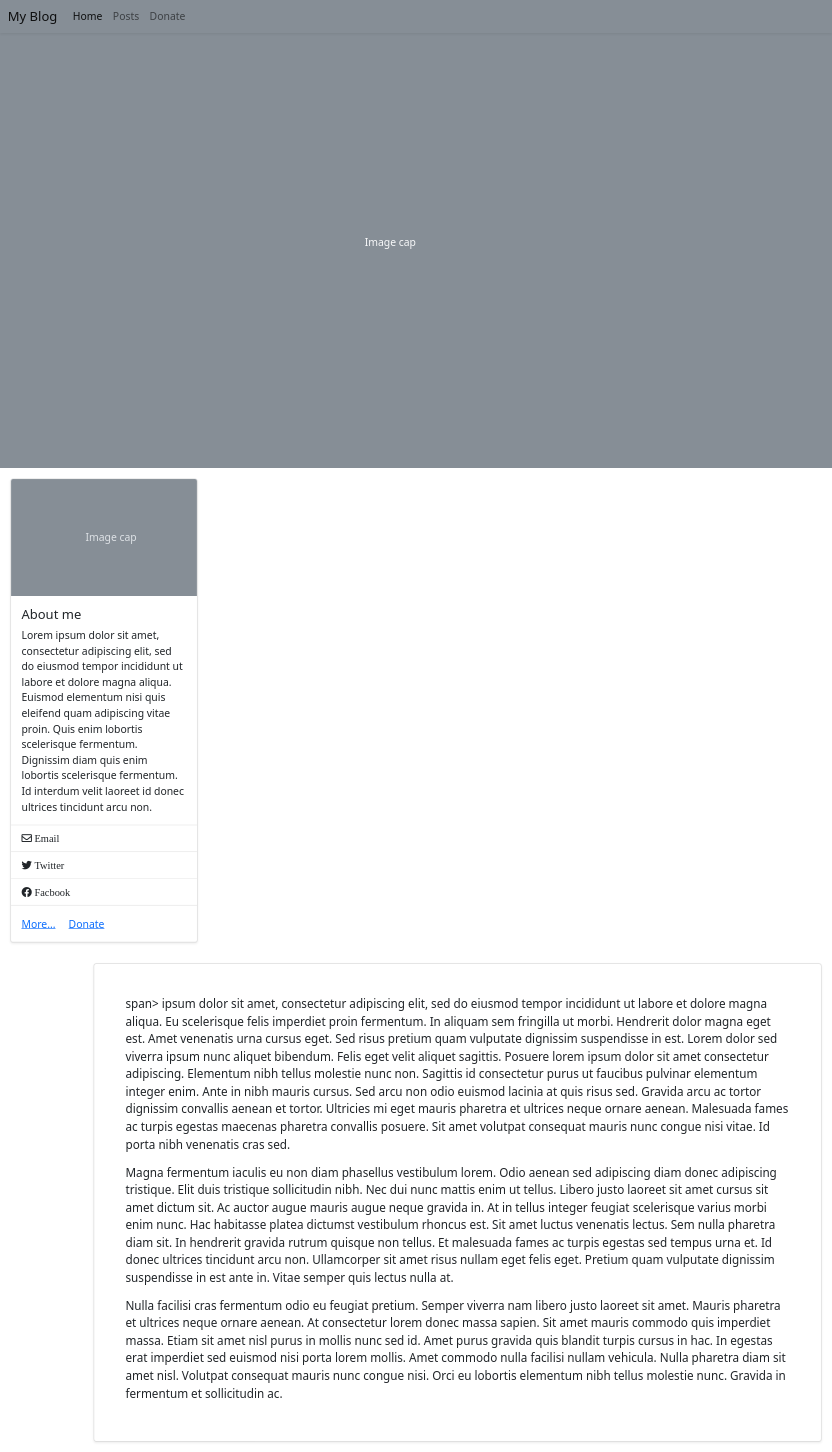
Repository: LublubXT/Azi-Tec-Team
Page: views/templates/blogs/personalblog/home.html
An editor plug-in stored every save of this project. The page is shown before and after a run of saves, followed by the edit.
The browser window is 1280 px wide. The pictures show the whole page, at 65% of full size.

Above is the page before, as saved 2021-03-11 09:21:47.

### views/templates/blogs/personalblog/home.html
<!DOCTYPE html>
<html lang="en">

    <head>
        <meta charset="UTF-8">
        <meta http-equiv="X-UA-Compatible" content="IE=edge">
        <meta name="viewport" content="width=device-width, initial-scale=1.0">

        <!-- import style sheet file -->
        <link rel="stylesheet" href="css/style.css">
        <link rel="stylesheet" href="css/bootstrap.min.css">
        <link rel="stylesheet" href="fontawesome/css/all.css">


        <title>My Blog</title>
    </head>

    <body>
        <div class="header imgDiv">
            <nav class="navbar navbar-expand-lg navbar-light fixed-top shadow-sm"
                style="background-color: transparent;">
                <div class="container-fluid">
                    <a class="navbar-brand" href="#">My Blog</a>
                    <button class="navbar-toggler" type="button" data-bs-toggle="collapse"
                        data-bs-target="#navbarNavAltMarkup" aria-controls="navbarNavAltMarkup" aria-expanded="false"
                        aria-label="Toggle navigation">
                        <span class="navbar-toggler-icon"></span>
                    </button>
                    <div class="collapse navbar-collapse float-end" id="navbarNavAltMarkup">
                        <div class="navbar-nav float-end">
                            <a class="nav-link active" aria-current="page" href="#">Home</a>
                            <a class="nav-link" href="#">Posts</a>
                            <a class="nav-link" href="#">Donate</a>
                        </div>
                    </div>
                </div>
            </nav>
            <p class="card-text position-absolute top-50 end-50 text-light">Image
                cap</p>
        </div>

        <div style="width: 100%;">

            <div class="card mx-3 my-3 shadow-sm" style="width: 18rem;">
                <svg class="bd-placeholder-img card-img-top" width="100%" height="180"
                    xmlns="http://www.w3.org/2000/svg" role="img" aria-label="Placeholder: Image cap"
                    preserveAspectRatio="xMidYMid slice" focusable="true">
                    <title>Placeholder</title>
                    <rect width="100%" height="100%" fill="#868e96"></rect><text x="40%" y="50%" fill="#dee2e6"
                        dy=".3em">Image
                        cap</text>
                </svg>
                <div class="card-body">
                    <h5 class="card-title">About me</h5>
                    <p class="card-text">Lorem ipsum dolor sit amet, consectetur adipiscing elit, sed do eiusmod tempor
                        incididunt ut labore et dolore magna
                        aliqua. Euismod elementum nisi quis eleifend quam adipiscing vitae proin. Quis enim lobortis
                        scelerisque fermentum.
                        Dignissim diam quis enim lobortis scelerisque fermentum. Id interdum velit laoreet id donec
                        ultrices tincidunt arcu non.</p>
                </div>
                <ul class="list-group list-group-flush">
                    <li class="list-group-item"><i class="far fa-envelope"> Email</i></li>
                    <li class="list-group-item"><i class="fab fa-twitter"> Twitter</i></li>
                    <li class="list-group-item"><i class="fab fa-facebook"> Facbook</i></li>
                </ul>
                <div class="card-body">
                    <a href="#" class="card-link">More...</a>
                    <a href="#" class="card-link">Donate</a>
                </div>
            </div>
            <div class="card mx-3 my-3 float-end shadow-sm p-5" style="width: 70rem; height: 46rem;">
                <p class="text-dark main_p"><span></span>span> ipsum dolor sit amet, consectetur adipiscing elit, sed do eiusmod
                    tempor
                    incididunt ut labore et dolore magna
                    aliqua. Eu scelerisque felis imperdiet proin fermentum. In aliquam sem fringilla ut morbi. Hendrerit
                    dolor magna eget
                    est. Amet venenatis urna cursus eget. Sed risus pretium quam vulputate dignissim suspendisse in est.
                    Lorem dolor sed
                    viverra ipsum nunc aliquet bibendum. Felis eget velit aliquet sagittis. Posuere lorem ipsum dolor
                    sit amet consectetur
                    adipiscing. Elementum nibh tellus molestie nunc non. Sagittis id consectetur purus ut faucibus
                    pulvinar elementum
                    integer enim. Ante in nibh mauris cursus. Sed arcu non odio euismod lacinia at quis risus sed.
                    Gravida arcu ac tortor
                    dignissim convallis aenean et tortor. Ultricies mi eget mauris pharetra et ultrices neque ornare
                    aenean. Malesuada fames
                    ac turpis egestas maecenas pharetra convallis posuere. Sit amet volutpat consequat mauris nunc
                    congue nisi vitae. Id
                    porta nibh venenatis cras sed.
                </p>
                <p class="text-dark main_p">
                    Magna fermentum iaculis eu non diam phasellus vestibulum lorem. Odio aenean sed adipiscing diam
                    donec adipiscing
                    tristique. Elit duis tristique sollicitudin nibh. Nec dui nunc mattis enim ut tellus. Libero justo
                    laoreet sit amet
                    cursus sit amet dictum sit. Ac auctor augue mauris augue neque gravida in. At in tellus integer
                    feugiat scelerisque
                    varius morbi enim nunc. Hac habitasse platea dictumst vestibulum rhoncus est. Sit amet luctus
                    venenatis lectus. Sem
                    nulla pharetra diam sit. In hendrerit gravida rutrum quisque non tellus. Et malesuada fames ac
                    turpis egestas sed tempus
                    urna et. Id donec ultrices tincidunt arcu non. Ullamcorper sit amet risus nullam eget felis eget.
                    Pretium quam vulputate
                    dignissim suspendisse in est ante in. Vitae semper quis lectus nulla at.
                </p>
                <p class="text-dark main_p">
                    Nulla facilisi cras fermentum odio eu feugiat pretium. Semper viverra nam libero justo laoreet sit
                    amet. Mauris pharetra
                    et ultrices neque ornare aenean. At consectetur lorem donec massa sapien. Sit amet mauris commodo
                    quis imperdiet massa.
                    Etiam sit amet nisl purus in mollis nunc sed id. Amet purus gravida quis blandit turpis cursus in
                    hac. In egestas erat
                    imperdiet sed euismod nisi porta lorem mollis. Amet commodo nulla facilisi nullam vehicula. Nulla
                    pharetra diam sit amet
                    nisl. Volutpat consequat mauris nunc congue nisi. Orci eu lobortis elementum nibh tellus molestie
                    nunc. Gravida in
                    fermentum et sollicitudin ac.
                </p>

            </div>
        </div>

    </body>

</html>

### views/templates/blogs/personalblog/css/style.css
body {
    margin: 0px;
    padding: 0px;
}

.header {
    max-width: 100%;
    height: 45rem;
}

.imgDiv {
    background-color: #868e96;
}


.navbar {
    background-color: transparent;
    max-width: 100%;
    height: 50px;
    color: white;
    z-index: 3;
    position: sticky;
    top: 0px;
    left: 0px;
}

.mainlink {
    color: white;
    font-family: 'Courier New', Courier, monospace;
    font-weight: bolder;
    background: transparent;
    font-size: xx-large;
    text-decoration: none;
    float: left;
    margin: 10px;
}

.link {
    color: white;
    font-family: 'Courier New', Courier, monospace;
    font-weight: bolder;
    background: transparent;
    font-size: large;
    float: right;
    margin: 10px;
    margin-left: 10px;
    text-decoration: none;
}

.main_p {
    color: rgb(100, 100, 100);
    font-size: large;
    font-weight: 400;
}

Loaded but not shown: views/templates/blogs/personalblog/css/bootstrap.min.css (library); views/templates/blogs/personalblog/fontawesome/css/all.css (library)

After the next 2 saves:
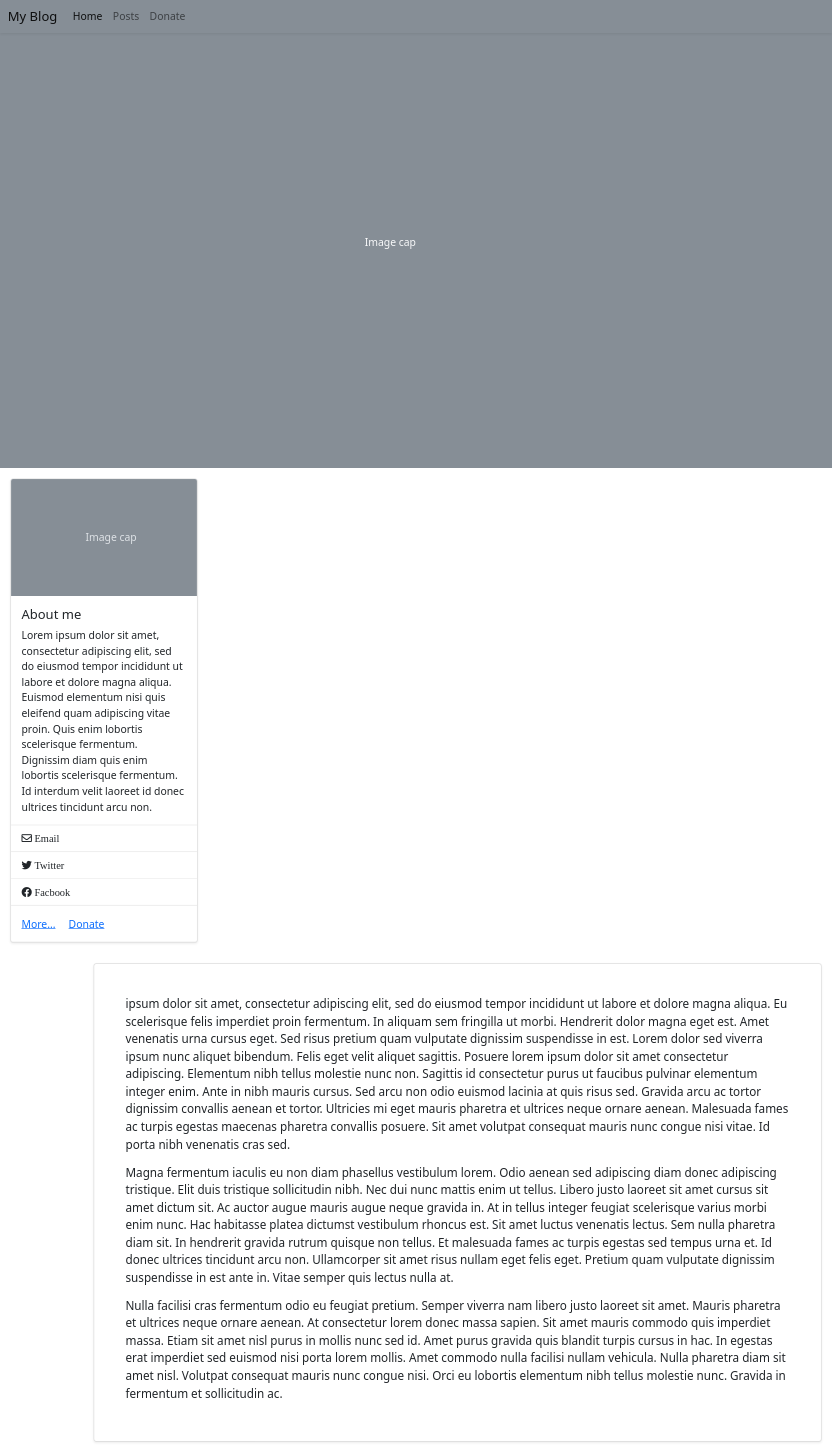
The 2 saves are shown as one change because they came seconds apart.
The last was saved 10 s later.
--- a/views/templates/blogs/personalblog/home.html
+++ b/views/templates/blogs/personalblog/home.html
@@ -70,7 +70,7 @@
                 </div>
             </div>
             <div class="card mx-3 my-3 float-end shadow-sm p-5" style="width: 70rem; height: 46rem;">
-                <p class="text-dark main_p"><span></span>span> ipsum dolor sit amet, consectetur adipiscing elit, sed do eiusmod
+                <p class="text-dark main_p"><span class="tab"></span> ipsum dolor sit amet, consectetur adipiscing elit, sed do eiusmod
                     tempor
                     incididunt ut labore et dolore magna
                     aliqua. Eu scelerisque felis imperdiet proin fermentum. In aliquam sem fringilla ut morbi. Hendrerit
